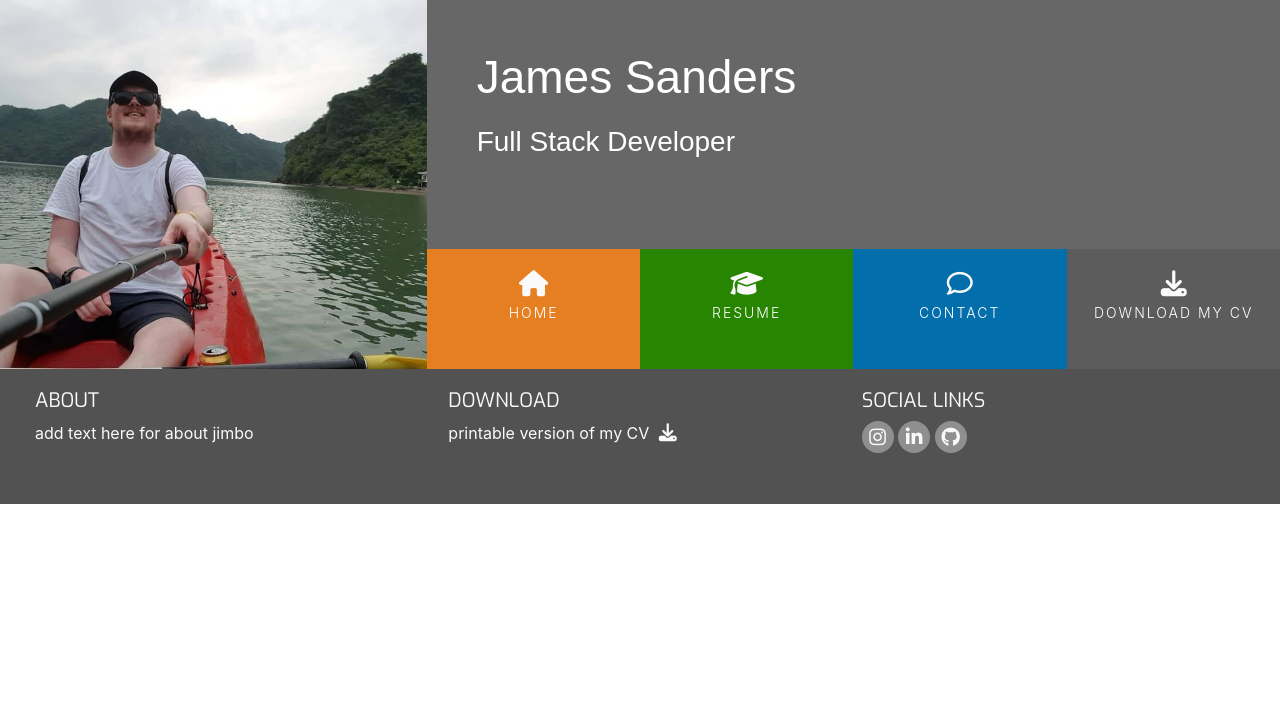
Repository: JaySanders95/my-online-resume
Page: resume.html
An editor plug-in stored every save of this project. The page is shown before and after the next save, followed by the edit.
The browser window is 1280 px wide. The pictures show the whole page.
Some web fonts or font styles are not loaded; a fallback is used. Some web libraries are served in a nearby version.

Above is the page before, as saved 2023-04-19 21:26:11.

### resume.html
<!DOCTYPE html>
<html lang="en">
<head>
    <meta charset="UTF-8">
    <meta http-equiv="X-UA-Compatible" content="IE=edge">
    <meta name="viewport" content="width=device-width, initial-scale=1.0">
    <link rel="stylesheet" href="https://cdn.jsdelivr.net/npm/@fortawesome/fontawesome-free@6.2.1/css/fontawesome.min.css" integrity="sha384-QYIZto+st3yW+o8+5OHfT6S482Zsvz2WfOzpFSXMF9zqeLcFV0/wlZpMtyFcZALm" crossorigin="anonymous">
    <link rel="stylesheet" href="https://cdn.jsdelivr.net/npm/bootstrap@4.6.2/dist/css/bootstrap.min.css" integrity="sha384-xOolHFLEh07PJGoPkLv1IbcEPTNtaed2xpHsD9ESMhqIYd0nLMwNLD69Npy4HI+N" crossorigin="anonymous">
    <link rel="stylesheet" href="assets/css/style.css">
    <link rel="stylesheet" href="https://cdnjs.cloudflare.com/ajax/libs/hover.css/2.3.1/css/hover-min.css" integrity="sha512-csw0Ma4oXCAgd/d4nTcpoEoz4nYvvnk21a8VA2h2dzhPAvjbUIK6V3si7/g/HehwdunqqW18RwCJKpD7rL67Xg==" crossorigin="anonymous" referrerpolicy="no-referrer" />
    <title>James Sanders' Resume</title>
</head>
<body>
    <header>
        <div class="row no-gutters">
            <a href="index.html" class="col-md-4 logo">

            </a>
            <div class="col-md-8">
                <div class="row bg-color-name-title no-gutters">
                    <div class="col heading">
                        <h1 class="name">James Sanders</h1>
                        <h2 class="title">Full Stack Developer</h2>

                    </div>
                </div>
                <div class="row no-gutters">
                    <div class="col">
                        <ul id="nav" class="list-inline menucontainer">
                            <li class="col-6 col-sm-3 ui-menu-color-home list-inline-item menuitem">
                                <a href="#" class="hvr-bounce-to-bottom"><i class="fa fa-home" aria-hidden="true"></i><span>Home</span></a>
                            </li>
                            <li class="col-6 col-sm-3 ui-menu-color-resume list-inline-item menuitem">
                                <a href="#" class="hvr-bounce-to-bottom"><i class="fa fa-graduation-cap" aria-hidden="true"></i><span>Resume</span></a>
                            </li>
                            <li class="col-6 col-sm-3 ui-menu-color-contact list-inline-item menuitem">
                                <a href="#" class="hvr-bounce-to-bottom"><i class="fa fa-comment-o" aria-hidden="true"></i><span>Contact</span></a>
                            </li>
                            <li class="col-6 col-sm-3 ui-menu-color-download list-inline-item menuitem">
                                <a href="#" class="hvr-bounce-to-bottom"><i class="fa fa-download" aria-hidden="true"></i><span>Download my CV</span></a>
                            </li>
                        </ul>
                    </div>
                </div>
            </div>
        </div>
    </header>
    <section>

    </section>
    <footer class="container-fluid">
        <div id="footer-details" class="row">
            <div class="col-sm-4">
                <h5 class="uppercase general-sub">About</h5>
                <p class="inline-block"> add text here for about jimbo</p>
            </div>
            <div class="col-sm-4">
                <h5 class="uppercase general-sub">Download</h5>
                <p class="inline-block"> printable version of my CV</p>
                <a href="#" target="_blank" class="cv-pdf">
                    <i class="fa fa-download" aria-hidden="true"></i>
                    <span class="sr-only">Download link.</span>
                </a>
            </div>
            <div class="col-sm-4">
                <h5 class="uppercase general-sub">Social links</h5>
                <ul class="list-inline social-links">
                    <li class="list-inline-item">
                        <a target="_blank" href="#">
                            <i class="fa fa-instagram"></i>
                            <span class="sr-only">Instagram</span>
                        </a>
                    </li>
                    <li class="list-inline-item">
                        <a target="_blank" href="#">
                            <i class="fa fa-linkedin"></i>
                            <span class="sr-only">LinkedIn</span>
                        </a>
                    </li>
                    <li class="list-inline-item">
                        <a target="_blank" href="#">
                            <i class="fa-brands fa-github"></i>
                            <span class="sr-only">GitHub</span>

                        </a>
                    </li>
                </ul>
            </div>
        </div>

    </footer>
    <script src="https://kit.fontawesome.com/c80cd6a143.js" crossorigin="anonymous"></script>
</body>
</html>

### assets/css/style.css
@import url('https://fonts.googleapis.com/css2?family=Anuphan:100,200,300,400,500,600,700wght@300&family=Exo:100,200,300,400,500,600,700ital,wght@1,300&display=swap');


/* ------- Colours ---------*/

.bg-color-name-title {
    background-color:#676767;
}

.bg-color-three-reasons {
    background-color: #fff;
}

.bg-color-personal-info {
    background-color:#f4f4f4;
}

.ui-menu-color-home {
    background-color: #e67e22;
}

.ui-menu-color-resume {
    background-color: #278502;
}

.ui-menu-color-contact {
    background-color: #036eac;
}

.ui-menu-color-download {
    background-color: #5c5c5c;
}

/* ------- Special paddings/margins/text ---------*/

h1,h2,h3,h4 {
    margin: 0;
}

.uppercase {
    text-transform: uppercase;
}

.general-sub {
    font-family: 'Exo', sans-serif;
    font-weight: 300;
    color: #fafafa;
}

.inline-block {
    display: inline-block;
}

.row-table {
    display: table;

}
.section-column {
    display: table-cell;
    padding: 0 30px 30px;
    float: none;
}

.section-heading {
    font-family: 'Exo', sans-serif;
    font-weight: 300;
    margin-top: 25px;
    margin-bottom: 40px;
}

/* ------- Headers ---------*/
header {
    margin: 0;
}

.heading {
    margin-left: 50px;
}

.logo {
    background: url(../images/me.png);
    background-position: center;
    background-repeat: no-repeat;
    background-size: cover;
    min-height: 360px;
    transition: all .5s ease-in-out;
    -moz-transition: all .5s ease-in-out;
    -webkit-transition: all .5s ease-in-out;
}

.name {
    font-family: 'Anuphan', sans-serif;
    font-weight: 100;
    font-size: 46px;
    margin-top: 50px;
    color: #fff;
}

.title {
    font-family: 'Anuphan', sans-serif;
    font-weight: 200;
    font-size: 28px;
    margin-top: 20px;
    margin-bottom: 90px;
    color: #fff;
}

.list-inline-item:not(:last-child) {
    margin: 0;
}

.menucontainer {
    font-size: 0;
}

#nav li {
    font-size: 14px;
    padding: 0;
}

#nav {
    margin: 0;
}

.menuitem {
    height: 120px;
    text-align: center;
    padding: 0;

}

.menuitem a {
    width: 100%;
    text-decoration: none;
    color: #fff;
    height: 120px;
}

.menuitem a i {
    display: block;
    padding-top: 22px;
    color: #fafafa;
    font-size: 26px;
}

.menuitem span {
    display: block;
    width: 100%;
    padding-top: 5px;
    text-align: center;
    text-transform: uppercase;
    font-size: 14px;
    font-weight: 300;
    letter-spacing: 2px;
}

/* ------- Hover.css ---------*/

.hvr-bounce-to-bottom:before {
    background: rgba(0, 0, 0, 0.3) !important;
    height: 120px;

}

/* ------- Footer ---------*/

footer {
    background-color: #525252;
    color: #fafafa;
    min-height: 120px;
}

.cv-pdf i {
    font-size: 18px;
    color: #fafafa;
    text-align: center;
    padding-left: 5px;
    transition: all 0.35s ease-in-out;
    -moz-transition: all 0.35s ease-in-out;
    -webkit-transition: all 0.35s ease-in-out;
    -o-transition: all 0.35s ease-in-out;
}

.cv-pdf i:hover {
    color: #e84610;
}

.social-links {
    padding-bottom: 15px;
}

.social-links li a i {
    width: 32px;
    height: 32px;
    padding: 7px 0;
    border-radius: 50%;
    font-size: 19px;
    text-align: center;
    color: #fafafa;
    background: #8f8f8f;
    transition: all 0.35s ease-in-out;
    -moz-transition: all 0.35s ease-in-out;
    -webkit-transition: all 0.35s ease-in-out;
    -o-transition: all 0.35s ease-in-out;
}

.social-links li a i:hover {
    background-color: #e84610;
}

#footer-details {
    padding: 20px;
}

/* ------- 3 Reasons ---------*/

.three-reasons-icon {
    font-size: 26px;
    color: #e67e22;
}

.three-reasons-heading {
    margin-bottom: 15px;
}

/* ------- Personal Info ---------*/

.personal-info-item {
    margin-bottom: 20px;
    display: block;
    clear: both;
}

.personal-info-item .key,
.personal-info-item .value {
    padding: 8px;
    display: inline-block;

}

.personal-info-item .key p,
.personal-info-item .value p {
    margin: 0;
}

.personal-info-item .key {
    width: 30%;
    margin-right: 21px;
    padding-top: 2px;
    vertical-align: top;
}

.personal-info-item .key p {
    font-weight: 700;


}

.personal-info-item .value {
    position: relative;
    width: 60%;

}

After the next save:
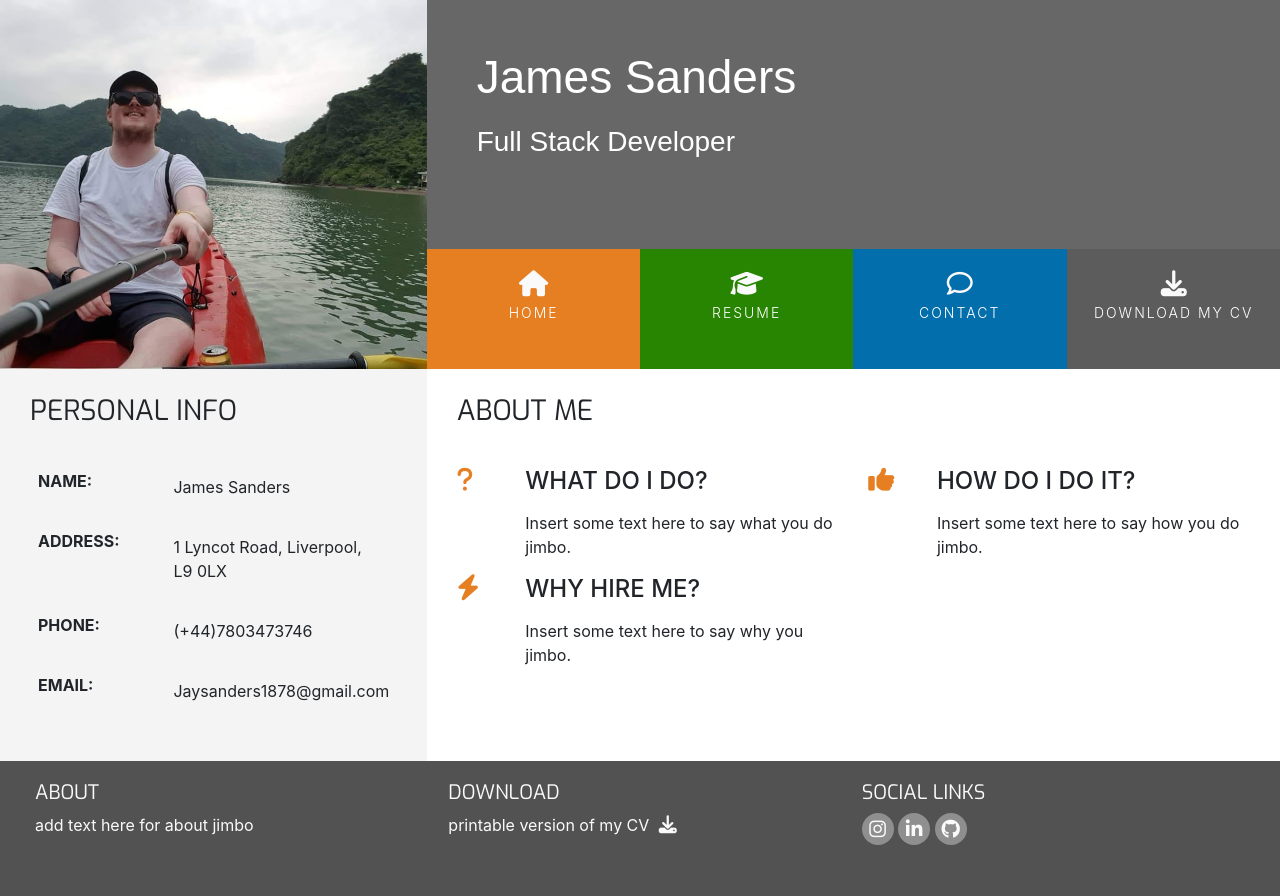
Saved 9 min 5 s later.
--- a/resume.html
+++ b/resume.html
@@ -45,7 +45,114 @@
             </div>
         </div>
     </header>
-    <section>
+    <section class="container-fluid">
+        <div class="row">
+            <div class="col-md-4 bg-color-personal-info section-column">
+                <div class="row">
+                    <div class="col-12">
+                        <h3 class="section-heading uppercase">
+                            Personal Info
+                        </h3>
+                    </div>
+                </div>
+                <div class="personal-info-item">
+                    <div class="key">
+                        <p class="uppercase">
+                            Name:
+                        </p>
+                    </div>
+                    <div class="value">
+                        <p>
+                            James Sanders
+                        </p>
+                    </div>
+                </div>
+                <div class="personal-info-item">
+                    <div class="key">
+                        <p class="uppercase">
+                            Address:
+                        </p>
+                    </div>
+                    <div class="value">
+                        <p>
+                            1 Lyncot Road, Liverpool, L9 0LX
+                        </p>
+                    </div>
+                </div>
+                <div class="personal-info-item">
+                    <div class="key">
+                        <p class="uppercase">
+                            Phone:
+                        </p>
+                    </div>
+                    <div class="value">
+                        <p>
+                            (+44)7803473746
+                        </p>
+                    </div>
+                </div>
+                <div class="personal-info-item">
+                    <div class="key">
+                        <p class="uppercase">
+                            Email:
+                        </p>
+                    </div>
+                    <div class="value">
+                        <p>
+                            Jaysanders1878@gmail.com
+                        </p>
+                    </div>
+                </div>
+            </div>
+            <div class="col-md-8 bg-color-three-reasons section-column">
+                <div class="row">
+                    <div class="col">
+                        <h3 class="section-heading uppercase">About Me</h3>
+                    </div>
+                </div>
+                <div class="row">
+                    <div class="col-10 offset-1 offset-sm-0 col-sm-4 col-md-6">
+                        <div class="row">
+                            <div class="col-2">
+                                <i class="three-reasons-icon fa fa-question" aria-hidden="true"></i>
+                            </div>
+                            <div class="col-10">
+                                <h4 class="three-reasons-heading uppercase">What do i do?</h4>
+                                <p>
+                                    Insert some text here to say what you do jimbo.
+                                </p>
+                            </div>
+                        </div>
+                    </div>
+                    <div class="col-10 offset-1 offset-sm-0 col-sm-4 col-md-6">
+                        <div class="row">
+                            <div class="col-2">
+                                <i class="three-reasons-icon fa fa-thumbs-up" aria-hidden="true"></i>
+                            </div>
+                            <div class="col-10">
+                                <h4 class="three-reasons-heading uppercase">How do I do it?</h4>
+                                <p>
+                                    Insert some text here to say how you do jimbo.
+                                </p>
+                            </div>
+                        </div>
+                    </div>
+                    <div class="col-10 offset-1 offset-sm-0 col-sm-4 col-md-6">
+                        <div class="row">
+                            <div class="col-2">
+                                <i class="three-reasons-icon fa fa-bolt" aria-hidden="true"></i>
+                            </div>
+                            <div class="col-10">
+                                <h4 class="three-reasons-heading uppercase">Why hire me?</h4>
+                                <p>
+                                    Insert some text here to say why you jimbo.
+                                </p>
+                            </div>
+                        </div>
+                    </div>
+                </div>
+            </div>
+        </div>
 
     </section>
     <footer class="container-fluid">
